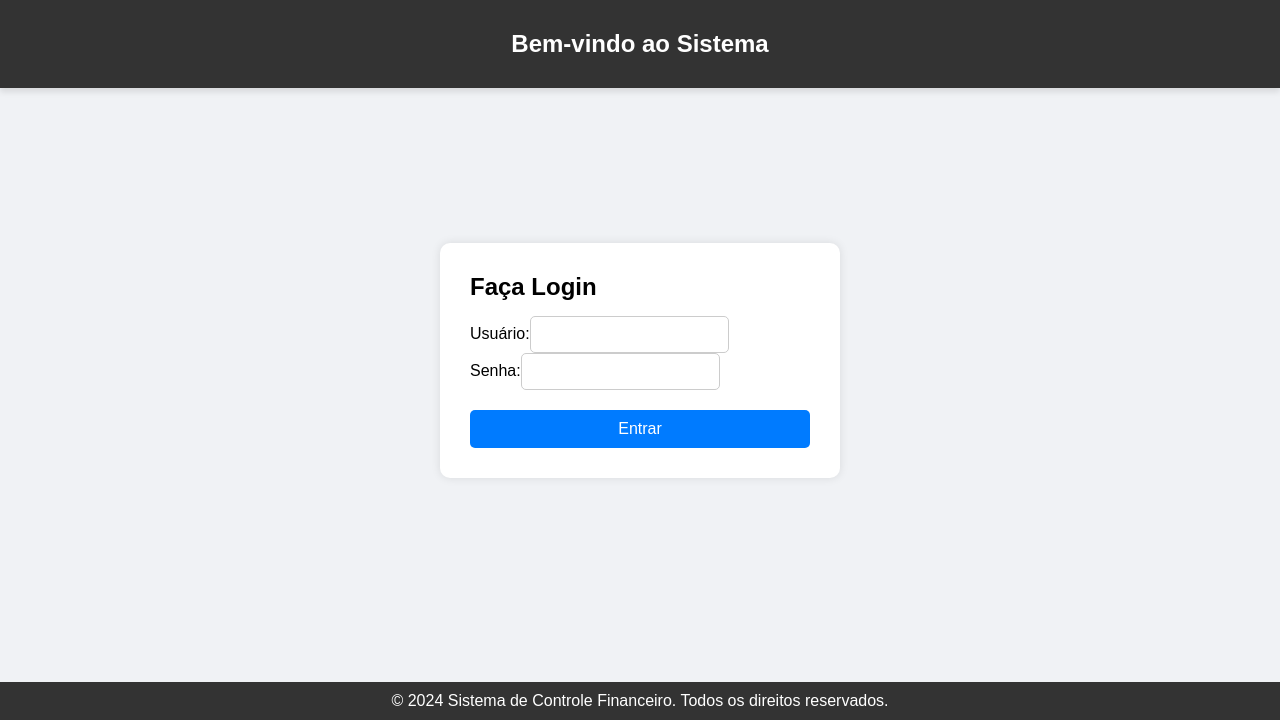
Repository: LucasMontalvao1/ProjetoMaxima
Page: / (app in AngularMaxima/)
The author's editor kept a copy of each file at every save. The page is drawn from the files as they stood at one save, then again after the next save.
The browser window is 1280 px wide. The pictures show the whole page.
The project was rebuilt for these pictures with package versions that can differ from the ones it lists, and the page was loaded fresh each time. Also part of the build but not shown: AngularMaxima/angular.json, AngularMaxima/src/app/pages/home/home.component.ts.

Above is the page before, as saved 2024-07-14 18:12:50.

### AngularMaxima/src/index.html
<!doctype html>
<html lang="en">
<head>
  <meta charset="utf-8">
  <title>AngularMaxima</title>
  <base href="/">
  <meta name="viewport" content="width=device-width, initial-scale=1">
  <link rel="icon" type="image/x-icon" href="favicon.ico">
</head>
<body>
  <app-root></app-root>
</body>
</html>

### AngularMaxima/src/styles.css
* {
  margin: 0;
  padding: 0;
  box-sizing: border-box;
}

body, html {
  height: 100%;
  font-family: Arial, sans-serif;
  background-color: #f0f2f5;
}

.main-container {
  display: flex;
  flex-direction: column;
  height: 100%;
}

.content {
  flex: 1;
  display: flex;
  justify-content: center;
  align-items: center;
  padding: 20px;
  margin-top: 80px;
  margin-bottom: 40px;
}

.header {
  width: 100%;
  background-color: #007bff;
  color: #fff;
  padding: 20px 0;
  text-align: center;
  box-shadow: 0 4px 6px rgba(0, 0, 0, 0.1);
  position: fixed;
  top: 0;
  left: 0;
  z-index: 1000;
}

.header h1 {
  margin: 0;
  font-size: 24px;
}

.footer {
  width: 100%;
  background-color: #f8f9fa;
  color: #777;
  padding: 10px 0;
  text-align: center;
  position: fixed;
  bottom: 0;
  left: 0;
  z-index: 1000;
}

### AngularMaxima/src/app/app.module.ts
import { NgModule } from '@angular/core';
import { BrowserModule } from '@angular/platform-browser';

import { AppRoutingModule } from './app-routing.module';
import { AppComponent } from './app.component';
import { LoginComponent } from './pages/login/login.component';
import { ReactiveFormsModule } from '@angular/forms';
import { HttpClientModule } from '@angular/common/http';
import { AuthService } from './services/auth.service';

@NgModule({
  declarations: [
    AppComponent,
    LoginComponent,

  ],
  imports: [
    BrowserModule,
    AppRoutingModule,
    ReactiveFormsModule,
    HttpClientModule
  ],
  providers: [AuthService],
  bootstrap: [AppComponent]
})
export class AppModule { }

### AngularMaxima/src/app/app-routing.module.ts
import { NgModule } from '@angular/core';
import { RouterModule, Routes } from '@angular/router';
import { LoginComponent } from './pages/login/login.component';
import { HomeComponent } from './pages/home/home.component';

const routes: Routes = [
  { path: '', redirectTo: '/login', pathMatch: 'full'},
  { path: 'login', component: LoginComponent},
  { path: 'home', component: HomeComponent}
];

@NgModule({
  imports: [RouterModule.forRoot(routes)],
  exports: [RouterModule]
})
export class AppRoutingModule { }

### AngularMaxima/src/app/app.component.ts
import { Component } from '@angular/core';

@Component({
  selector: 'app-root',
  templateUrl: './app.component.html',
  styleUrls: ['./app.component.css']
})
export class AppComponent {
  title = 'AngularMaxima';
}

### AngularMaxima/src/app/pages/login/login.component.ts
import { Component } from '@angular/core';
import { FormBuilder, FormGroup, Validators } from '@angular/forms';
import { Router } from '@angular/router';
import { AuthService } from '../../services/auth.service';

@Component({
  selector: 'app-login',
  templateUrl: './login.component.html',
  styleUrls: ['./login.component.css']
})
export class LoginComponent {

  loginForm: FormGroup;
  errorMessage: string = '';

  constructor(
    private formBuilder: FormBuilder,
    private router: Router,
    private authService: AuthService
  ) {
    this.loginForm = this.formBuilder.group({
      username: ['', Validators.required],
      password: ['', Validators.required]
    });
  }

  onSubmit() {
    if (this.loginForm.valid) {
      const { username, password } = this.loginForm.value;

      this.authService.login(username, password).subscribe(
        (response) => {
          console.log('Resposta do login:', response);

          // Verifica se o login foi bem-sucedido (pode variar dependendo da resposta do backend)
          if (response) {
            console.log('Login bem-sucedido!');
            this.router.navigate(['/home']); // Redireciona para a página inicial após login bem-sucedido
          } else {
            console.error('Credenciais inválidas');
            this.errorMessage = 'Credenciais inválidas. Por favor, tente novamente.';
          }
        },
        (error) => {
          console.error('Erro no login:', error);
          this.errorMessage = 'Erro ao realizar login. Por favor, tente novamente mais tarde.';
        }
      );
    } else {
      console.error('Formulário inválido. Verifique os campos.');
      this.errorMessage = 'Por favor, preencha corretamente o usuário e senha.';
    }
  }
}

### AngularMaxima/src/app/services/auth.service.ts
import { Injectable } from '@angular/core';
import { HttpClient } from '@angular/common/http';
import { Observable } from 'rxjs';
import { environment } from '../../../src/environments/environment';

@Injectable({
  providedIn: 'root'
})
export class AuthService {

  private apiUrl = environment.apiUrl;

  constructor(private http: HttpClient) { }

  login(username: string, password: string): Observable<any> {
    const body = { username, password };
    return this.http.post<any>(`${this.apiUrl}/login`, body, { responseType: 'text' as 'json' });
  }
}

### AngularMaxima/src/app/pages/login/login.component.html
<div class="container">
  <header class="header">
    <h1 class="titulo">Bem-vindo ao Sistema</h1>
  </header>

  <div class="main-content">
    <div class="login-form">
      <h2 class="form-title">Faça Login</h2>
      <form class="form-login" [formGroup]="loginForm" (ngSubmit)="onSubmit()">
        <div class="form-group">
          <label for="username">Usuário:</label>
          <input type="text" id="username" formControlName="username">
        </div>

        <div class="form-group">
          <label for="password">Senha:</label>
          <input type="password" id="password" formControlName="password">
        </div>

        <button type="submit">Entrar</button>
        <div class="error-message" *ngIf="errorMessage">{{ errorMessage }}</div>
      </form>
    </div>
  </div>

  <footer class="footer">
    <p>&copy; 2024 Sistema de Controle Financeiro. Todos os direitos reservados.</p>
  </footer>
</div>

### AngularMaxima/src/app/pages/login/login.component.css
* {
  margin: 0;
  padding: 0;
  box-sizing: border-box;
}

body {
  font-family: Arial, sans-serif;
  background-color: #f0f0f0;
}

.container {
  display: flex;
  flex-direction: column;
  justify-content: space-between;
  min-height: 100vh;
}

.titulo {
  text-align: center;
  margin: 20px 0;
  color: #fff;
}

.header, .footer {
  background-color: #333;
  color: white;
  text-align: center;
  padding: 10px 0;
}

.header {
  position: fixed;
  top: 0;
  width: 100%;
}

.main-content {
  flex: 1;
  display: flex;
  justify-content: center;
  align-items: center;
}

.login-form {
  background-color: white;
  padding: 30px;
  border-radius: 10px;
  box-shadow: 0 0 10px rgba(0, 0, 0, 0.1);
  display: flex;
  flex-direction: column;
  gap: 15px;
  width: 100%;
  max-width: 400px;
}

.form-login {
  display: flex;
  flex-direction: column;
}

.form-login label {
  margin-bottom: 8px;
}

.form-login input {
  padding: 10px;
  border-radius: 5px;
  border: 1px solid #ccc;
}

button {
  margin-top: 20px;
  padding: 10px 20px;
  background-color: #007BFF;
  color: white;
  border: none;
  border-radius: 5px;
  cursor: pointer;
  font-size: 1rem;
  transition: background-color 0.3s ease;
}

button:hover {
  background-color: #0056b3;
}

.error-message {
  color: red;
  font-size: 0.9rem;
  margin-top: 5px;
}

.footer {
  position: fixed;
  bottom: 0;
  width: 100%;
  background-color: #333;
  color: white;
  text-align: center;
  padding: 10px 0;
}

### AngularMaxima/src/environments/environment.ts
export const environment = {
  production: false,
  apiUrl: 'https://localhost:7041'
};

Loaded but not shown: AngularMaxima/src/main.ts (common file); AngularMaxima/src/app/app.component.html (common file); AngularMaxima/src/app/app.component.css (no stored copy; drawn as an empty file)

After the next save:
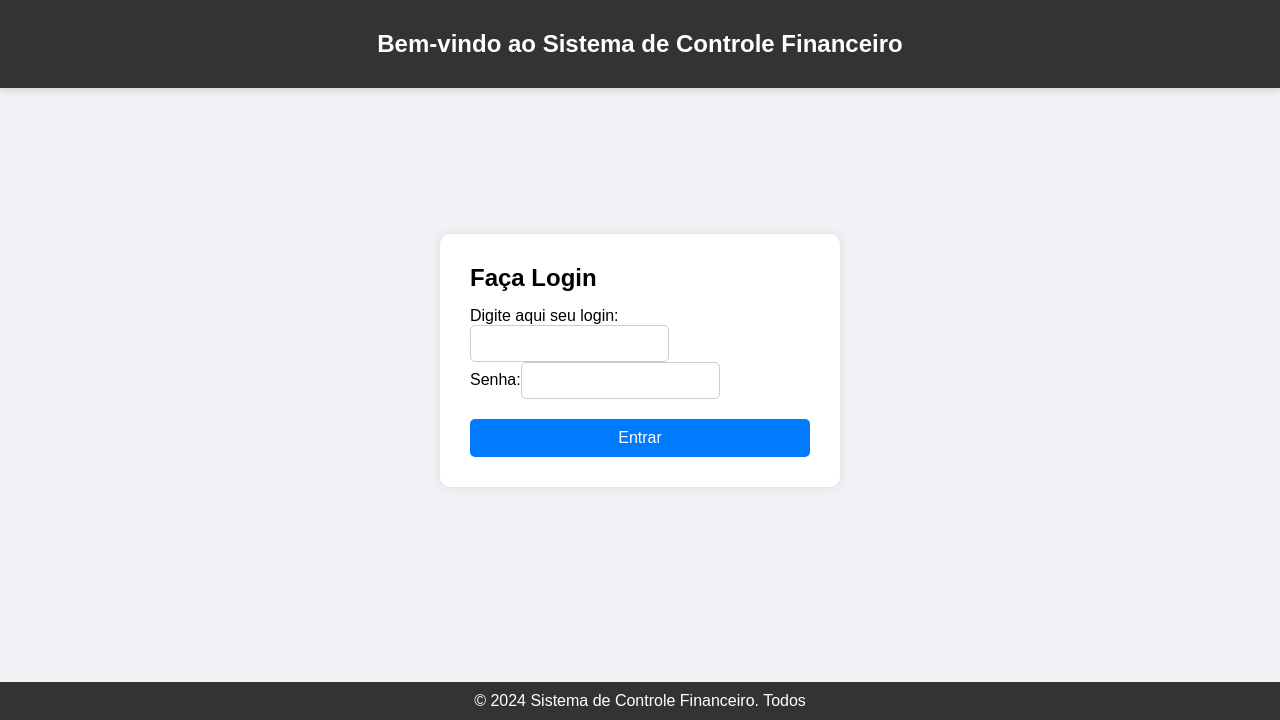
Saved 45 s later.
--- a/AngularMaxima/src/app/pages/login/login.component.html
+++ b/AngularMaxima/src/app/pages/login/login.component.html
@@ -1,6 +1,6 @@
 <div class="container">
   <header class="header">
-    <h1 class="titulo">Bem-vindo ao Sistema</h1>
+    <h1 class="titulo">Bem-vindo ao Sistema de Controle Financeiro</h1>
   </header>
 
   <div class="main-content">
@@ -8,7 +8,7 @@
       <h2 class="form-title">Faça Login</h2>
       <form class="form-login" [formGroup]="loginForm" (ngSubmit)="onSubmit()">
         <div class="form-group">
-          <label for="username">Usuário:</label>
+          <label for="username">Digite aqui seu login:</label>
           <input type="text" id="username" formControlName="username">
         </div>
 
@@ -24,6 +24,4 @@
   </div>
 
   <footer class="footer">
-    <p>&copy; 2024 Sistema de Controle Financeiro. Todos os direitos reservados.</p>
-  </footer>
-</div>
+    <p>&copy; 2024 Sistema de Controle Financeiro. Todos
